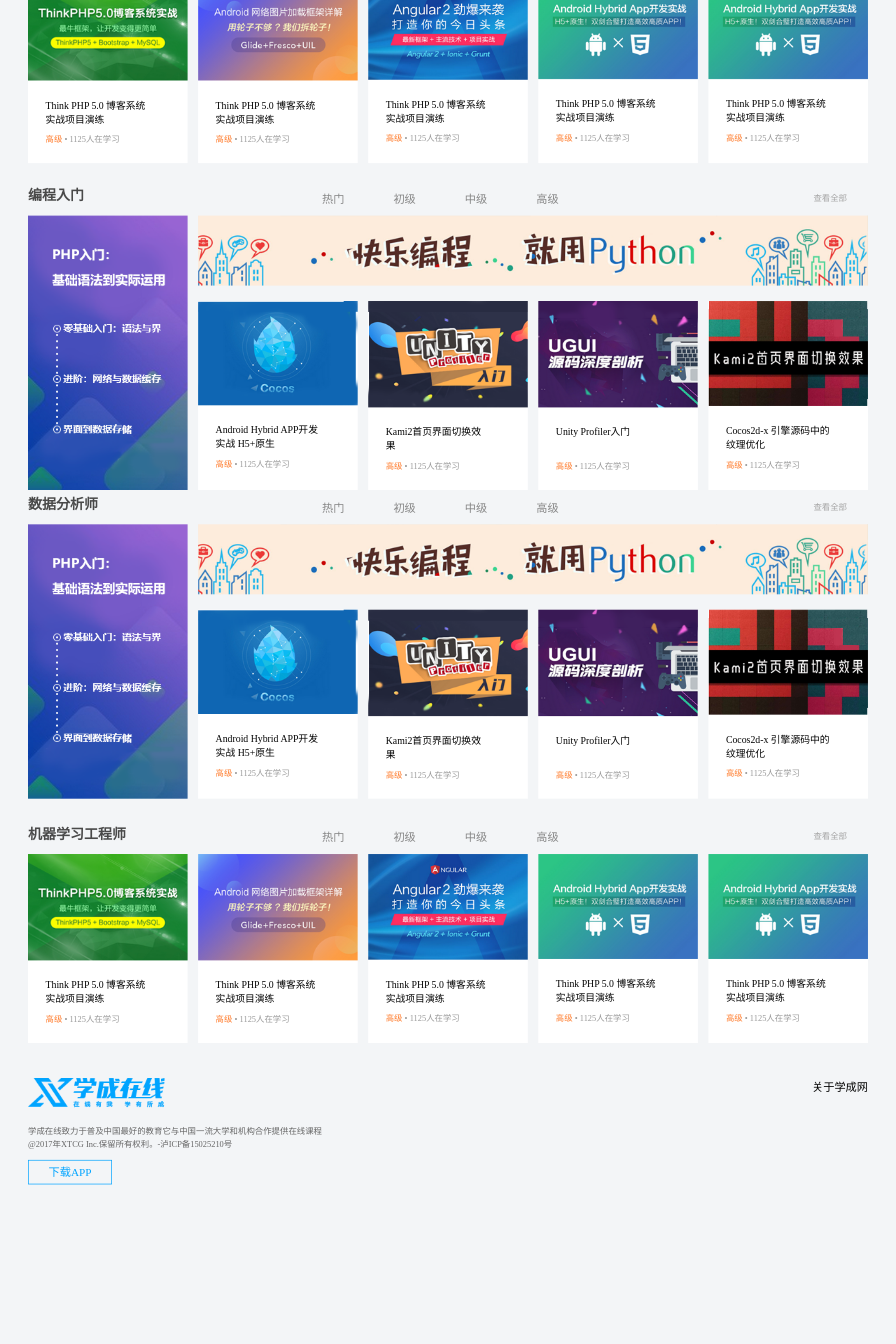
Repository: ywq0312/XueCheng
Page: index.html
The author's editor kept a copy of each file at every save. The page is drawn from the files as they stood at one save, then again after a run of saves.
The browser window is 1280 px wide. The pictures show the part of the page from y = 990 to 2910 px (the page is 2910 px tall), at 70% of full size.

Above is the page before, as saved 2021-05-19 15:23:32.

After the next 21 saves:
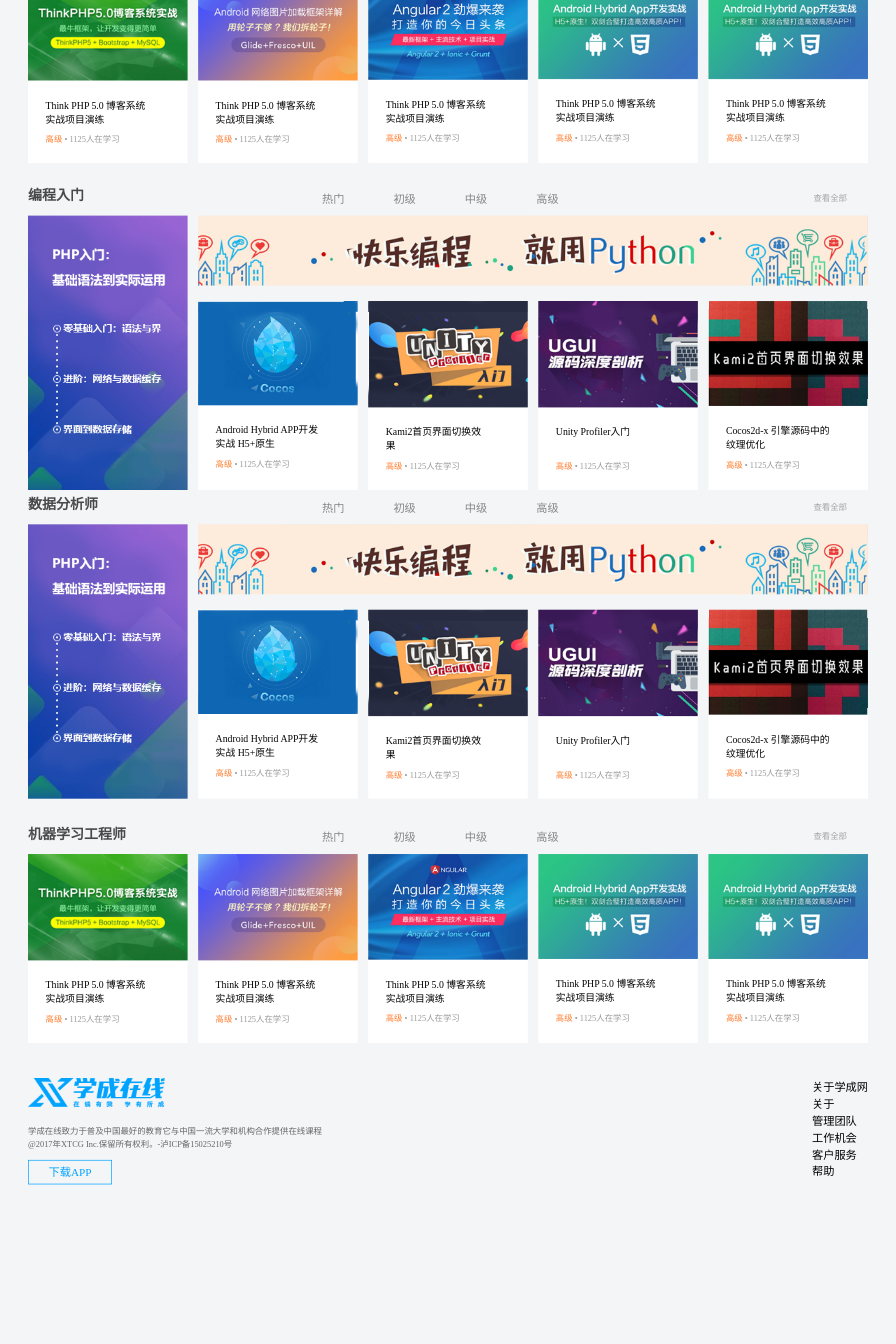
The 21 saves are shown as one change because they came seconds apart.
The last was saved 38 s later.
--- a/index.html
+++ b/index.html
@@ -427,7 +427,11 @@
             <div class="links">
                 <dl>
                     <dt>关于学成网</dt>
-                    <dd></dd>
+                    <dd>关于</dd>
+                    <dd>管理团队</dd>
+                    <dd>工作机会</dd>
+                    <dd>客户服务</dd>
+                    <dd>帮助</dd>
                 </dl>
             </div>
         </div>
